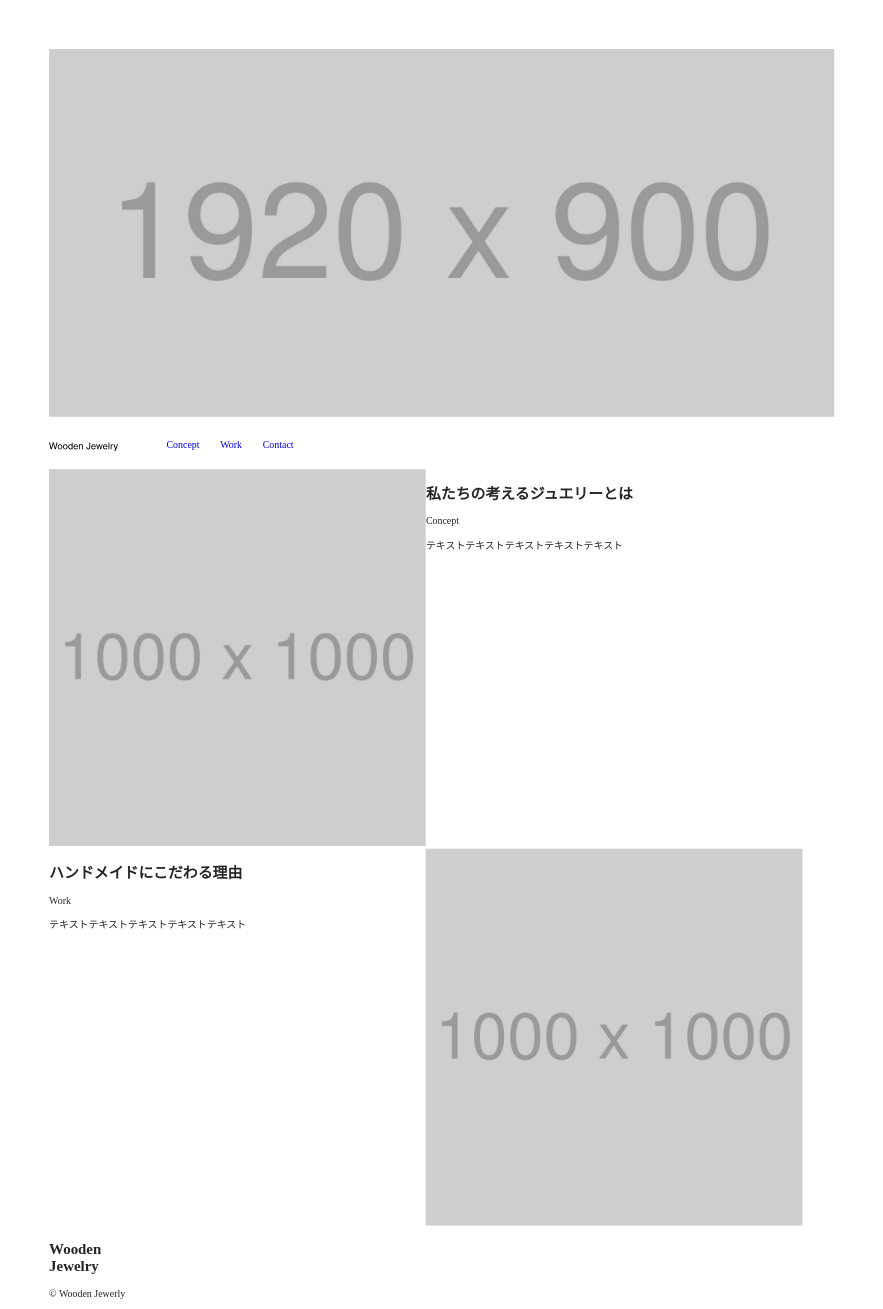
Repository: Fuki-san/jewelry
Page: http://localhost/jewelry
The author's editor kept a copy of each file at every save. The page is drawn from the files as they stood at one save, then again after the next save.
The browser window is 1280 px wide. The pictures show the whole page, at 69% of full size.
The page is served by the project's Laravel application, run on PHP 8.4 with Laravel 10.

Above is the page before, as saved 2023-11-25 14:36:59.

After the next save:
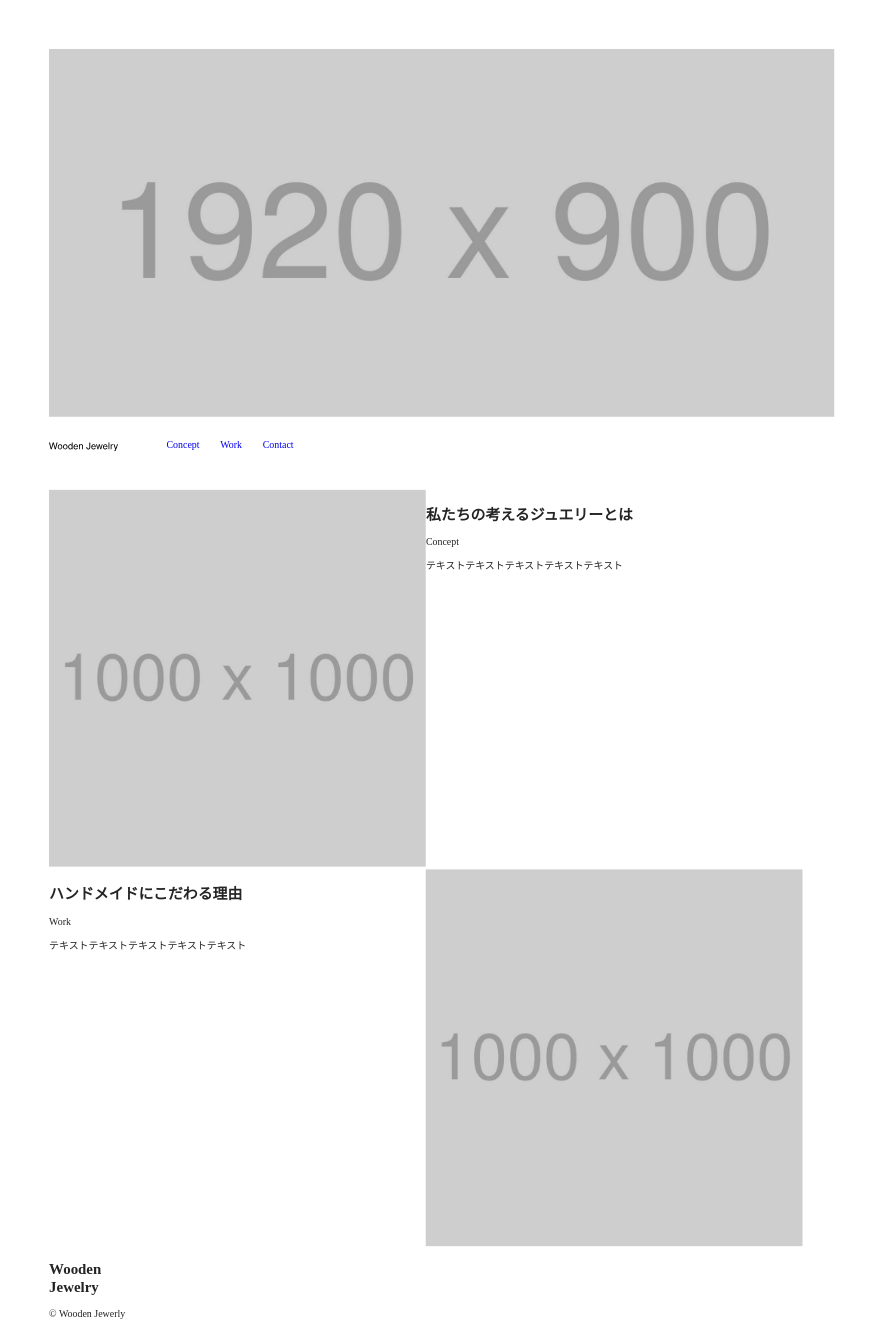
Saved 4 s later.
--- a/public/css/style.css
+++ b/public/css/style.css
@@ -47,5 +47,5 @@ img{
     margin-left: 30px;
 }
 .container{
-    padding-top: ;
+    padding-top: 30px;
 }
